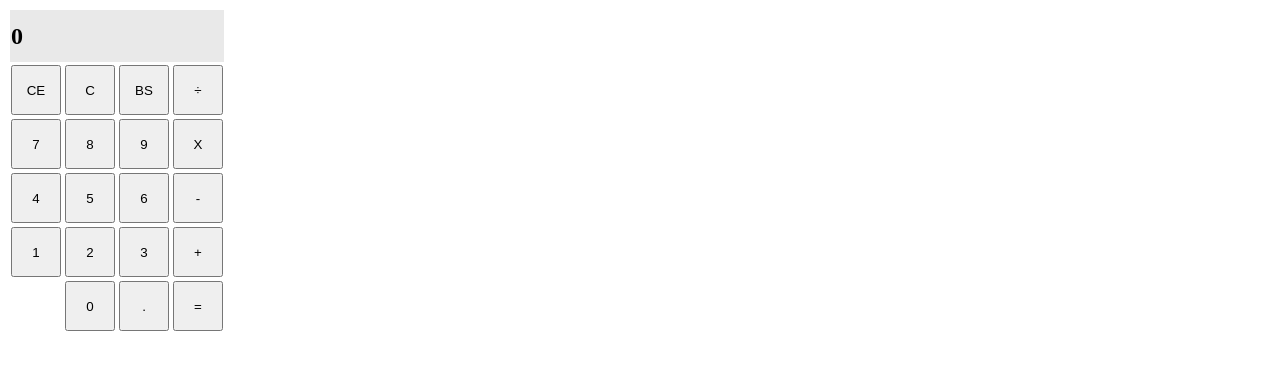
Repository: Dabee-ee/JAVA-lesson2
Page: Personal/JSPPrj/WebContent/calc3.html
These files come from the project's save history. The page is drawn as it stood at one moment and after the next save; the edit follows.
The browser window is 1280 px wide. The pictures show the whole page.

Above is the page before, as saved 2021-03-13 06:31:05.

After the next save:
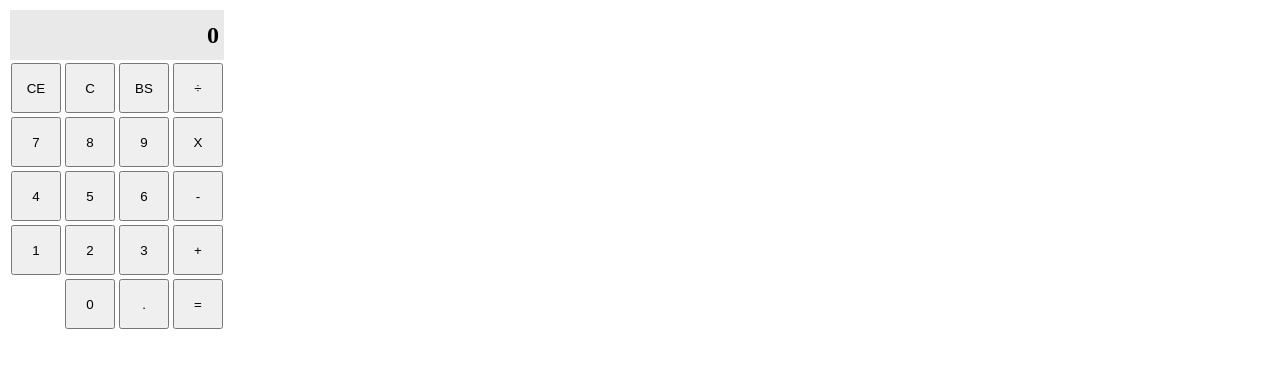
Saved 24 s later.
--- a/Personal/JSPPrj/WebContent/calc3.html
+++ b/Personal/JSPPrj/WebContent/calc3.html
@@ -14,6 +14,8 @@
 background: #e9e9e9;
 font-size:24px;
 font-weight: bold;
+text-align:right;
+padding : 0px 5px;
 }
 
 </style>
